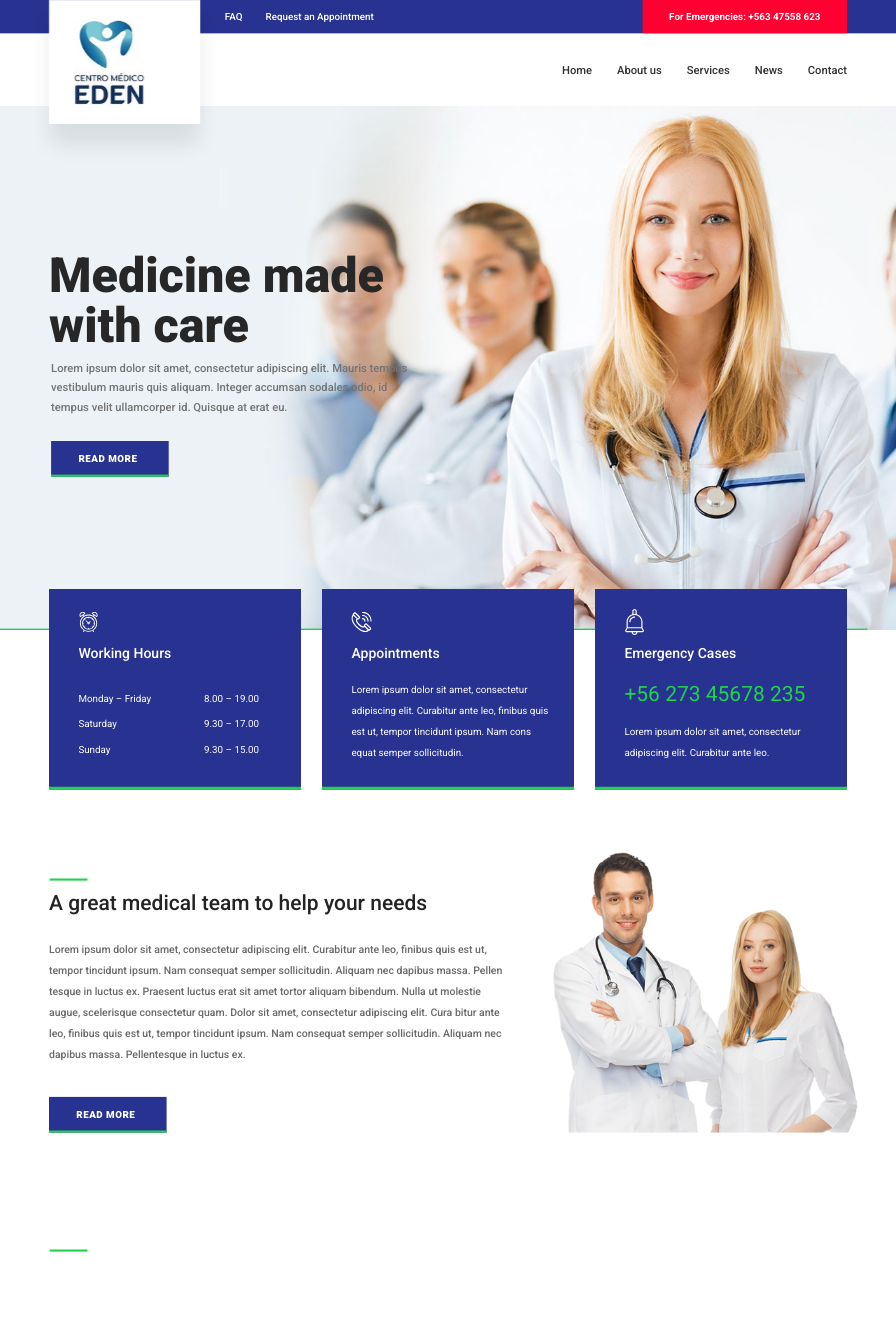
Repository: Nanitamo/centro-medico-eden-webpage
Page: index.html
The author's editor kept a copy of each file at every save. The page is drawn from the files as they stood at one save, then again after a run of saves.
The browser window is 1280 px wide. The pictures show the part of the page from y = 0 to 1920 px (the page is 4535 px tall), at 70% of full size.

Above is the page before, as saved 2020-06-18 12:56:14.

After the next 3 saves:
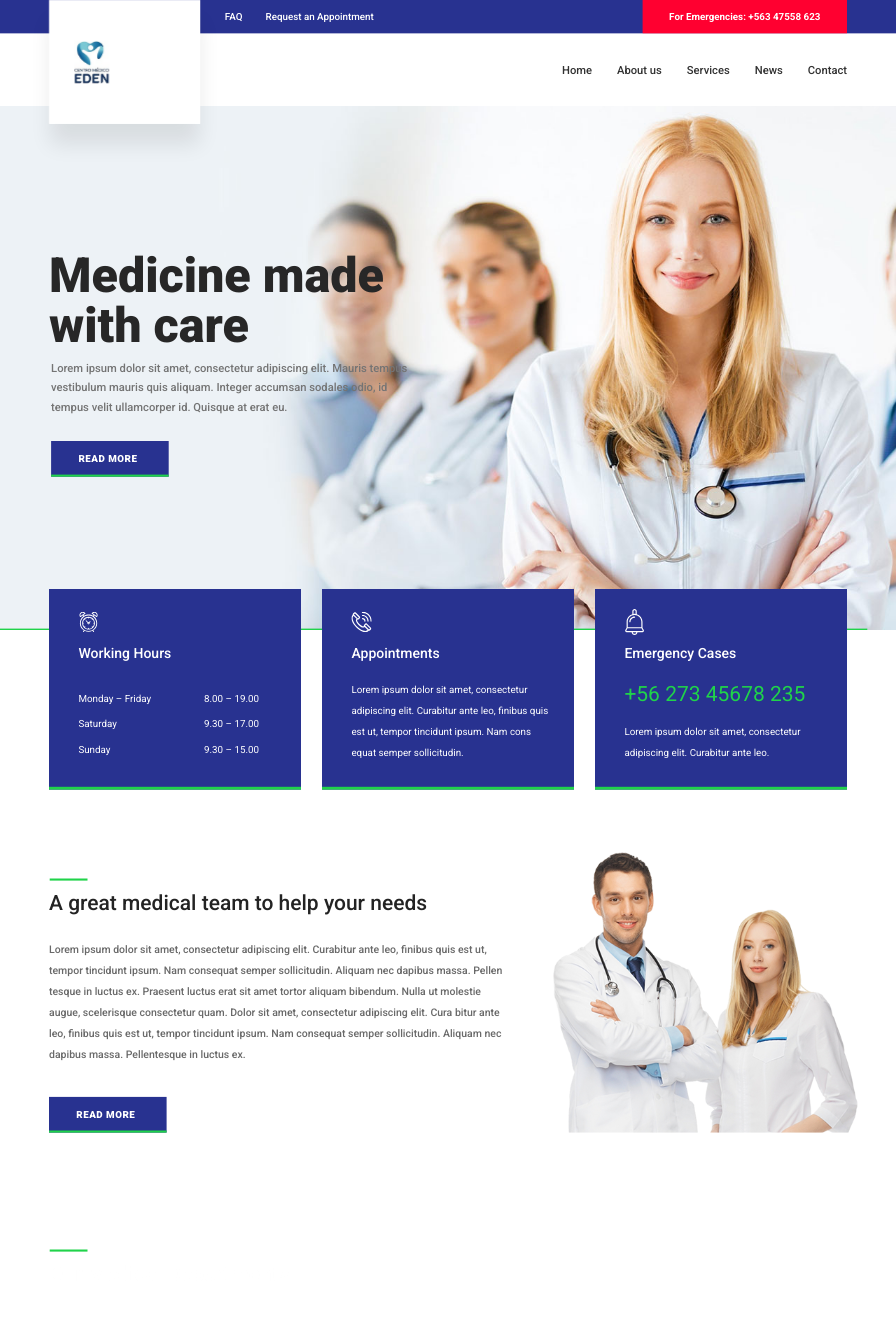
The 3 saves are shown as one change because they came seconds apart.
The last was saved 9 s later.
--- a/index.html
+++ b/index.html
@@ -74,7 +74,7 @@
 										<div class="logo_box">+</div>
 									</div>
 									<div class="logo_sub">Health Care Center</div> -->
-									<img src="./images/logo.jpg" alt="Logotipo" width =>
+									<img src="./images/logo.jpg" alt="Logotipo" width ="50">
 								</div>
 							</a>
 						</div>
